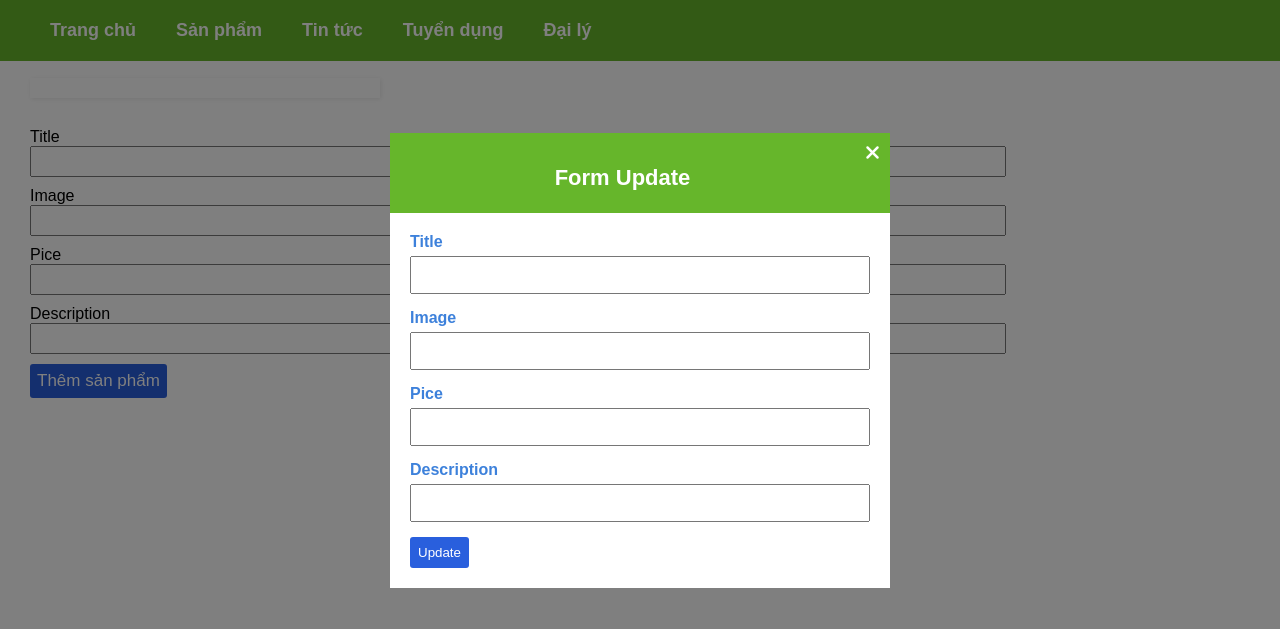
Repository: Ngoc28/CURD_HTML-CSS_JS_JSON
Page: index.html
An editor plug-in stored every save of this project. The page is shown before and after the next save, followed by the edit.
The browser window is 1280 px wide. The pictures show the whole page.
The page's requests for data from a server got no answer.

Above is the page before, as saved 2023-04-11 09:56:40.

### index.html
<!DOCTYPE html>
<html lang="en">
<head>
    <meta charset="UTF-8">
    <meta http-equiv="X-UA-Compatible" content="IE=edge">
    <meta name="viewport" content="width=device-width, initial-scale=1.0">
    <title>CURD Cơ bản</title>
    <link rel="stylesheet" href="https://cdnjs.cloudflare.com/ajax/libs/font-awesome/6.4.0/css/all.min.css" integrity="sha512-iecdLmaskl7CVkqkXNQ/ZH/XLlvWZOJyj7Yy7tcenmpD1ypASozpmT/E0iPtmFIB46ZmdtAc9eNBvH0H/ZpiBw==" crossorigin="anonymous" referrerpolicy="no-referrer" />
    <link rel="stylesheet" href="./asset/css/style.css">
</head>
<body>
    <header class="header-menu">
        <ul class="list-menu">
            <li class="item-menu"><a href="">Trang chủ</a></li>
            <li class="item-menu"><a href="">Sản phẩm</a></li>
            <li class="item-menu"><a href="">Tin tức</a></li>
            <li class="item-menu"><a href="">Tuyển dụng</a></li>
            <li class="item-menu"><a href="">Đại lý</a></li>
        </ul>
    </header>
    <div class="main">
        <div class="title-product">
            <h2 class="title">Sản phẩm của chúng tôi</h2>
        </div>
        <div class="products">
            <div class="product">
                <!-- <h3 class="product-name">Coca-Cola</h3>
                <img src="https://cdn.tgdd.vn/Products/Images/2947/190310/bhx/sua-trai-cay-nutriboost-huong-cam-297ml-202202122134380628.jpg" alt="" class="product-img">
                <spam class="product-price">18.000</spam>
                <span class="product-description">Nutriboost là thức uống dinh dưỡng kết hợp sữa và nước trái cây thơm ngon, giúp bạn luôn tràn năng lượng cho một ngày làm việc hiệu quả.</span> -->
            </div>
        </div>
    </div>
    <div class="form">
        <div class="form-1">
            <label for="">Title</label>
            <input type="text" name="title">
        </div>
        <div class="form-1">
            <label for="">Image</label>
            <input type="text" name="image">
        </div>
        <div class="form-1">
            <label for="">Pice</label>
            <input type="text" name="price">
        </div>
        <div class="form-1">
            <label for="">Description</label>
            <input type="text" name="description">
        </div>
        <button type="submit" id="create">Thêm sản phẩm</button>
    </div>

    <!-- formUpdate -->
    <div class="formUpdate">
        <div class="modal">
            <header>
                <i class="update-icon fa-solid fa-xmark"></i>
                <h1>
                    Form Update
                </h1>
            </header>
            <div class="modal-body">
                <div class="form-2">
                    <label for="">Title</label>
                    <input type="text" name="title">
                </div>
                <div class="form-2">
                    <label for="">Image</label>
                    <input type="text" name="image">
                </div>
                <div class="form-2">
                    <label for="">Pice</label>
                    <input type="text" name="price">
                </div>
                <div class="form-2">
                    <label for="">Description</label>
                    <input type="text" name="description">
                </div>
                <button type="submit" id="update">Update</button>
            </div>
        </div>
    </div>
    <script src="/script.js"></script>
</body>
</html>

### asset/css/style.css
*{
    padding: 0;
    margin: 0;
    box-sizing: border-box;
}

body {
    font-family: Arial, Helvetica, sans-serif;
}

.header-menu {
    position: fixed;
    top: 0;
    left: 0;
    right: 0;
    background-color: #66b62b;
    font-size: 18px;
    font-weight: 600;
}

.list-menu {
    display: flex;
    margin: 0 30px;
}

.item-menu {
    list-style: none;
}

.item-menu a {
    padding: 20px;
    display: block;
    text-decoration: none;
    color: #fff;
}

.item-menu a:hover {
    background-color: #ffd400;
    display: block;
}

/* Product */
.main {
    margin: 30px 30px 10px 30px;
}

.title-product {
    margin-bottom: 20px;
}


.title-product .title {
    text-align: center;
    color: #d72b27;
}

.products {
    display: flex;
    justify-content: space-between;
    flex-wrap: wrap;
}

.product {
    width: 350px;
    cursor: pointer;
    box-shadow: 1px 1px 5px   rgba(0, 0, 0, 0.09);
    margin-bottom: 20px;
    padding: 10px;
}


.product h3:hover {
    color: #d72b27;
}


.product-name {
    text-align: center;
}

.product-img {
    width: 100%;
    object-fit: cover;
}


.product .product-price:hover {
    color: #66b62b;
}

.product-price {
    color: #d72b27;
    margin: 10px 10px 6px;
    display: flex;
    justify-content: center;
    font-weight: 600;
}

.product-description {
    font-size: 15px;
    font-weight: 400;
    line-height: 20px;
    height: 40px;
    margin: 10px 10px 6px;
    overflow: hidden;
    display: block;
    display: -webkit-box;
    -webkit-box-orient: vertical;
    -webkit-line-clamp: 2;
}


.btn {
    display: flex;
    justify-content: center;
}


.delete-btn{
    margin-right: 10px;
}

.update-btn,
.delete-btn {
    padding: 8px;
    background-color: #66b62b;
    color: #fff;
    font-size: 15px;
    border: none;
    border-radius: 3px;
}

.update-btn:hover,
.delete-btn:hover {
    background-color: #336013;
}

/* Form */
.form {
    margin: 0 30px;

}

.form-1{
    margin-bottom: 10px;
}

.form-1 label {
    display: block;
    font-size: 16px;
    width: 90px;
}

.form-1 input {
    padding: 5px;
    font-size: 15px;
    width: 80%;
}

.form button {
    padding: 7px;
    background-color: #295fdd;
    color: #fff;
    font-size: 17px;
    border: none;
    border-radius: 3px;
}

.form button:hover {
    background-color: #172e62;
}

/* FormUpdate */

.formUpdate {
    position:fixed;
    top: 0;
    right: 0;
    bottom: 0;
    left: 0;
    background-color: rgba(0, 0, 0, 0.5);
    display: flex;
    align-items: center;
    justify-content: center;
}

.modal {
    background-color: #fff;
}

.modal header {
    background-color: #66b62b;
    color: #fff;
    height: 80px;
    width: 500px;
}

.modal h1 {
    line-height: 90px;
    text-align: center;
    font-size: 22px;
}

.modal .update-icon {
    float: right;
    padding: 10px;
    font-size: 20px;
    color: #fff;
}

.modal .update-icon:hover {
    color: #d72b27;
}

.modal-body {
    padding: 20px;
}

.form-2 {
    margin-bottom: 15px;
}

.form-2 label {
    display: block;
    margin-bottom: 5px;
    font-size: 16px;
    font-weight: 600;
    color: #3d81db;
}

.form-2 input {
    width: 100%;
    padding: 8px;
    font-size: 16px;
}

.modal-body button {
    padding: 8px;
    background-color: #295fdd;
    color: #fff;
    border: none;
    border-radius: 3px;
}

### script.js
let productsApi = 'http://localhost:3000/products';

function start() {
    getProducts(renderProducts);

    handleCreateForm()
}

start();

//lay ra san pham

function getProducts(callback) {

    fetch(productsApi)
    .then(function(response) {
        return response.json();
    })
    .then(callback);
}

function createProduct(data, callback) {
    var options = {
        method: 'POST',
        body: JSON.stringify(data),
        headers: {
            "Content-Type": "application/json",
            // 'Content-Type': 'application/x-www-form-urlencoded',
          }
    };
    fetch(productsApi, options)
        .then(function(response) {
            response.json();
        })
        .then(callback);

}

function handleDeleteProduct(id) {
    var options = {
        method: 'DELETE',
        headers: {
            "Content-Type": "application/json",
            // 'Content-Type': 'application/x-www-form-urlencoded',
          }
    };
    fetch(productsApi + '/' + id, options)
        .then(function(response) {
            response.json();
        })
        .then(function() {
           var productItem = document.querySelector('.product-item-' + id);
           if(productItem) {
            productItem.remove();
           }
        });
}


//show du lieu ra man hinh
function renderProducts(products) {
    var listProducts = document.querySelector('.products');

    var htmls = products.map(function(product) {
        return `
        <div class="product product-item-${product.id}">
            <h3 class="product-name">${product.title}</h3>
            <img src="${product.image}" class="product-img">
            <spam class="product-price">${product.price}đ</spam>
            <span class="product-description">${product.description}</span>
            <div class="btn">
                <button onclick="handleDeleteProduct(${product.id})" class="delete-btn">Delete</button>
                <button onclick="UpdateProduct()" class="update-btn">Update</button>
            </div>
        </div>`

    })

    listProducts.innerHTML = htmls.join('');
}

function handleCreateForm() {
    var createBtn = document.querySelector('#create');

    createBtn.onclick = function() {
        var title = document.querySelector('input[name="title"]').value;
        var image = document.querySelector('input[name="image"]').value;
        var price = document.querySelector('input[name="price"]').value;
        var description = document.querySelector('input[name="description"]').value;

        var formData = {
            title: title,
            image: image,
            price: price,
            description: description
        }

        createProduct(formData, function() {
            getProducts(renderProducts);
        });

    }
}

After the next save:
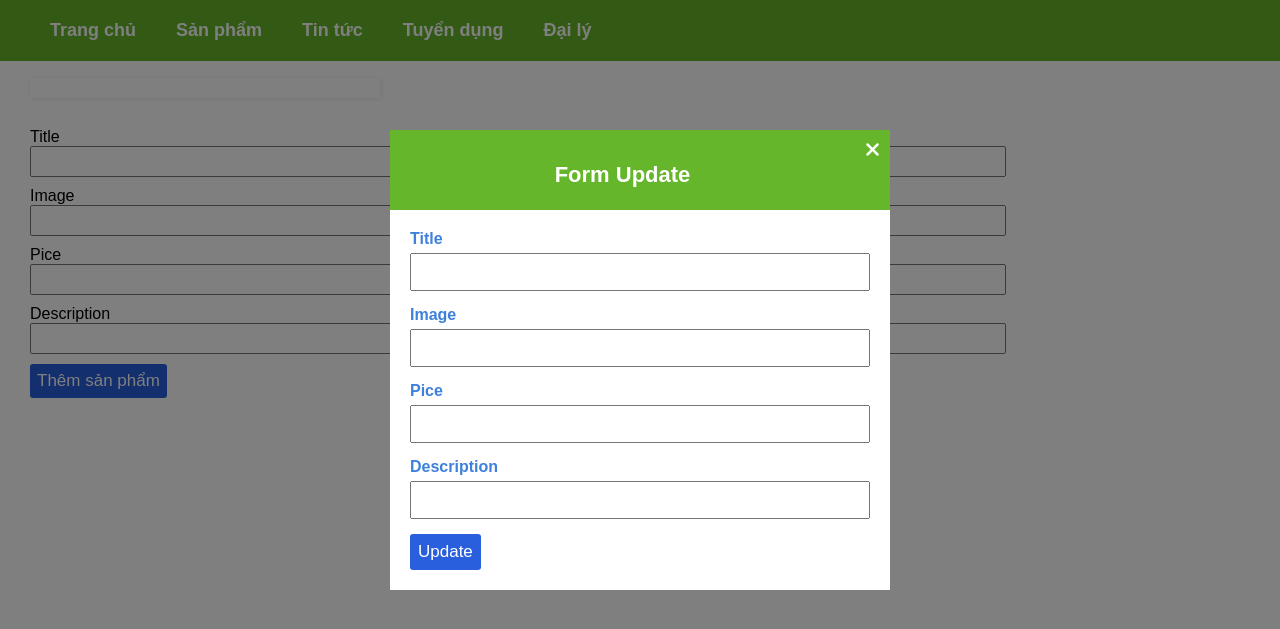
Saved 11 s later.
--- a/asset/css/style.css
+++ b/asset/css/style.css
@@ -237,6 +237,7 @@ body {
 .modal-body button {
     padding: 8px;
     background-color: #295fdd;
+    font-size: 17px;
     color: #fff;
     border: none;
     border-radius: 3px;
